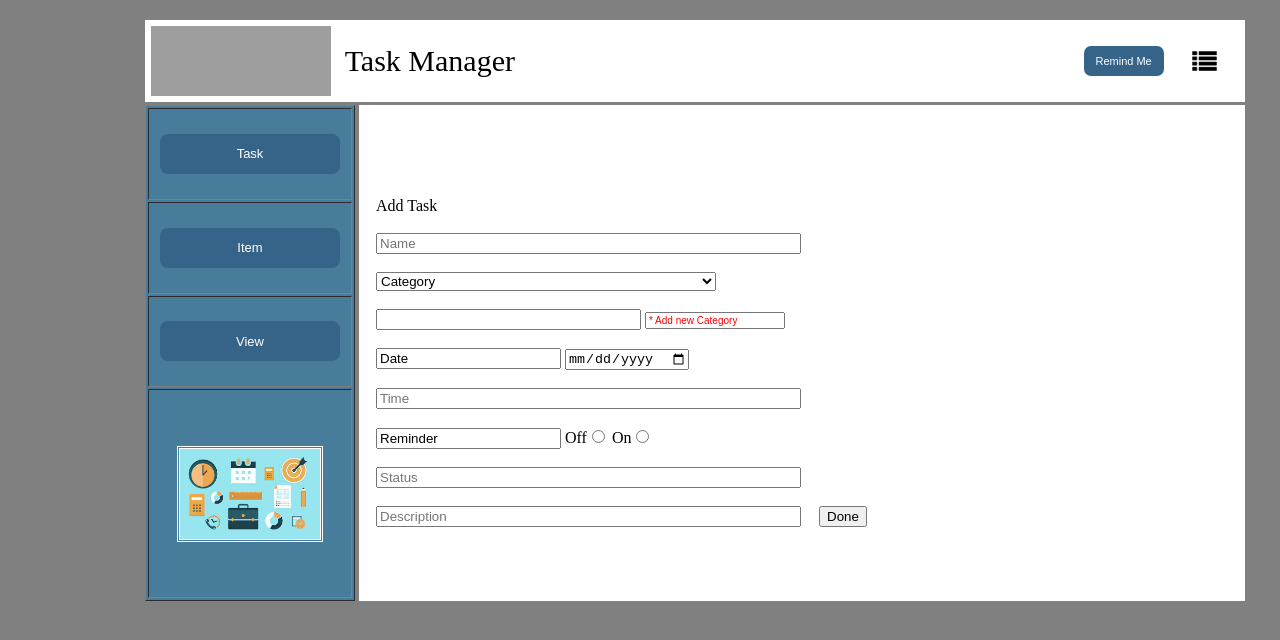
Repository: SnehaSalvi/TaskManagerProject
Page: http://localhost/TaskManagerChecklist/AddTask.jsp
The author's editor kept a copy of each file at every save. The page is drawn from the files as they stood at one save, then again after the next save.
The browser window is 1280 px wide. The pictures show the whole page.
Pictures or frames that could not be fetched are drawn as grey boxes. The page is served by Tomcat 9.

Above is the page before, as saved 2016-10-14 08:40:57.

After the next save:
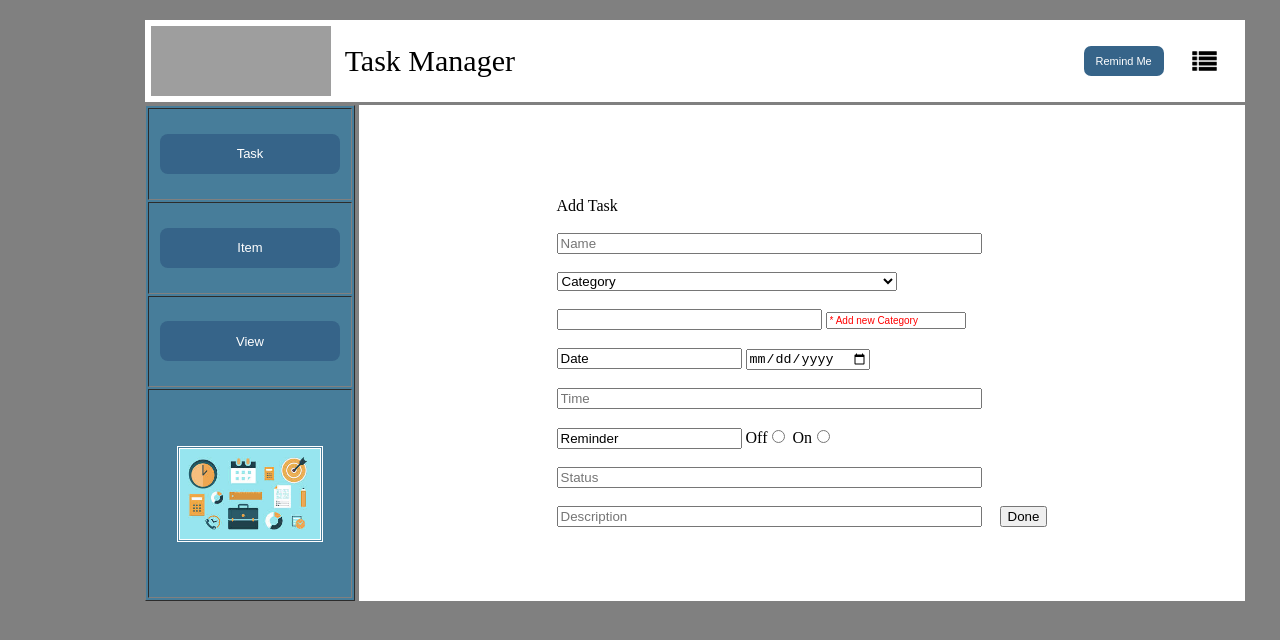
Saved 112 s later.
--- a/TaskManagerChecklist/WebContent/AddTask.jsp
+++ b/TaskManagerChecklist/WebContent/AddTask.jsp
@@ -59,7 +59,7 @@
 				<table id="table3">
 					<tr>
 						<td id="#td6">&nbsp;&nbsp;&nbsp;&nbsp;
-							<table cellspacing="10" cellpadding="4">
+							<table align="center" cellspacing="10" cellpadding="4">
 								<tr>
 									<td colspan="2">
 										Add Task
--- a/TaskManagerChecklist/WebContent/home.css
+++ b/TaskManagerChecklist/WebContent/home.css
@@ -45,6 +45,10 @@ body
 #table5
 {
 	width:200px;
+}
+#table6
+{
+	cellpadding:4;
 }
 img
 {
